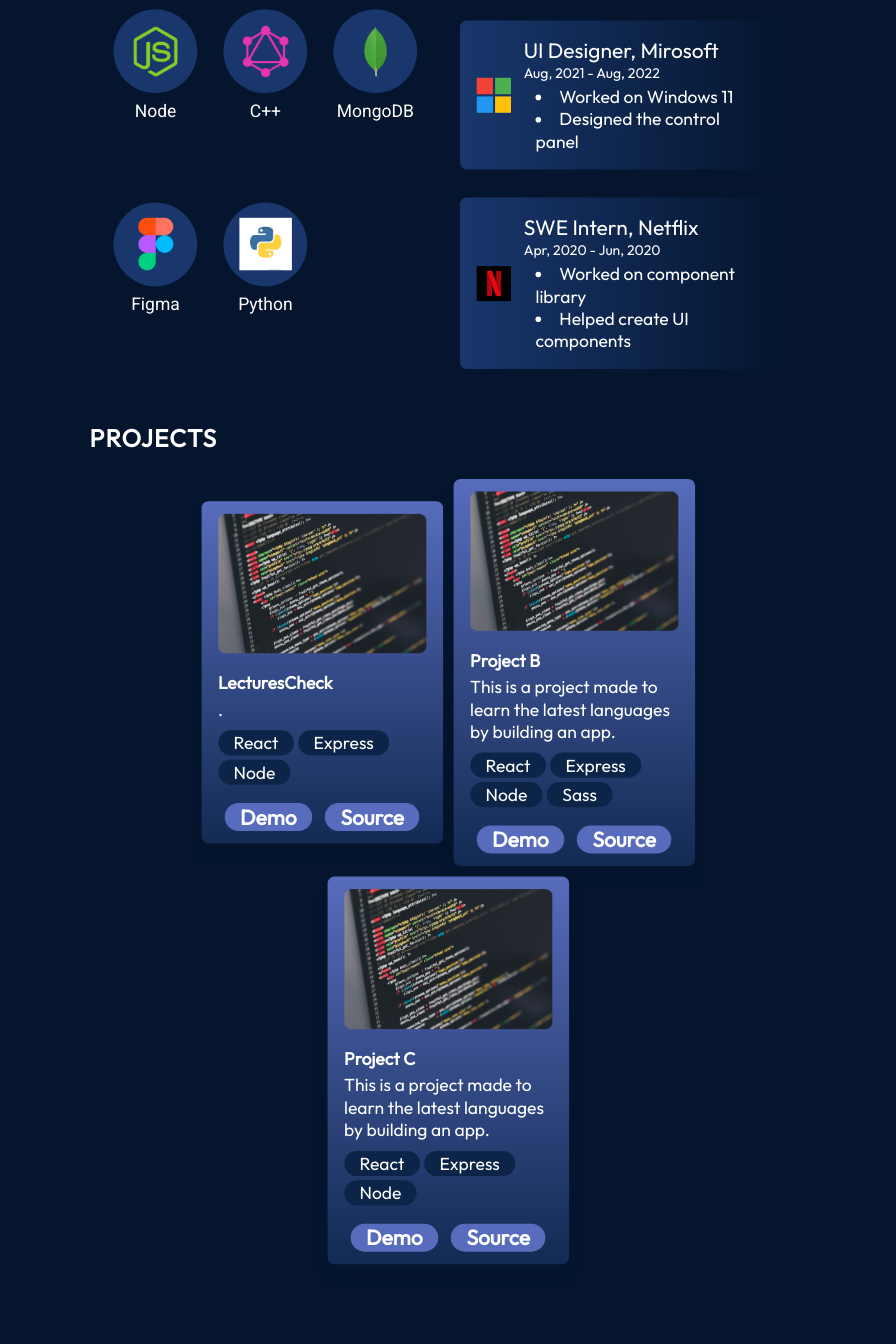
Repository: ARUN-YERRAM/Arun-Yerram-s-Portfolio-Website
Page: /
The author's editor kept a copy of each file at every save. The page is drawn from the files as they stood at one save, then again after the next save.
The browser window is 1280 px wide. The pictures show the part of the page from y = 1993 to 3913 px (the page is 4237 px tall), at 70% of full size.
The project was rebuilt for these pictures with package versions that can differ from the ones it lists, and the page was loaded fresh each time. Also part of the build but not shown: vite.config.js.

Above is the page before, as saved 2024-06-25 15:19:20.

### src/components/About/About.jsx
import React from "react";

import styles from "./About.module.css";
import { getImageUrl } from "../../utils";

export const About = () => {
  return (
    <section className={styles.container} id="about">
      <h2 className={styles.title}>About</h2>
      <div className={styles.content}>
        <img
          src={getImageUrl("about/aboutImage.png")}
          alt="Me sitting with a laptop"
          className={styles.aboutImage}
        />
        <ul className={styles.aboutItems}>
          <li className={styles.aboutItem}>
            <img src={getImageUrl("about/cursorIcon.png")} alt="Cursor icon" />
            <div className={styles.aboutItemText}>
              <h3>Frontend Developer</h3>
              <p>
                I'm a frontend developer with experience in building responsive
                and optimized sites
              </p>
            </div>
          </li>
          <li className={styles.aboutItem}>
            <img src={getImageUrl("about/serverIcon.png")} alt="Server icon" />
            <div className={styles.aboutItemText}>
              <h3>Backend Developer</h3>
              <p>
                I have experience developing fast and optimised back-end systems
                and APIs
              </p>
            </div>
          </li>
          <li className={styles.aboutItem}>
            <img src={getImageUrl("about/cursorIcon.png")} alt="UI icon" />
            <div className={styles.aboutItemText}>
              {/* <h3>UI Designer</h3> */}
              <h3>Proble Solver</h3>
              <p>
                {/* I have designed multiple landing pages and have created design */}
                {/* systems as well */}
                I am a Problem Solver and having a keen interest in Data Structures and Algorithms.
              </p>
            </div>
          </li>
        </ul>
      </div>
    </section>
  );
};

### src/components/Contact/Contact.jsx
import React from "react";

import styles from "./Contact.module.css";
import { getImageUrl } from "../../utils";

export const Contact = () => {
  return (
    <footer id="contact" className={styles.container}>
      <div className={styles.text}>
        <h2>Contact</h2>
        <p>Feel free to reach out!</p>
      </div>
      <ul className={styles.links}>
        <li className={styles.link}>
          <img src={getImageUrl("contact/emailIcon.png")} alt="Email icon" />
          <a href="mailto:myemail@email.com">arunyerram12022005@gmail.com</a>
        </li>
        <li className={styles.link}>
          <img
            src={getImageUrl("contact/linkedinIcon.png")}
            alt="LinkedIn icon"
          />
          <a href="https://www.linkedin.com/in/arun-yerram-906b1524a/">linkedin.com/ArunYerram</a>
        </li>
        <li className={styles.link}>
          <img src={getImageUrl("contact/githubIcon.png")} alt="Github icon" />
          <a href="https://github.com/ARUN-YERRAM">github.com/ArunYerram</a>
        </li>
      </ul>
    </footer>
  );
};

### src/components/Experience/Experience.jsx
import React from "react";

import styles from "./Experience.module.css";
import skills from "../../data/skills.json";
import history from "../../data/history.json";
import { getImageUrl } from "../../utils";

export const Experience = () => {
  return (
    <section className={styles.container} id="experience">
      <h2 className={styles.title}>Skills</h2>
      <div className={styles.content}>
        <div className={styles.skills}>
          {skills.map((skill, id) => {
            return (
              <div key={id} className={styles.skill}>
                <div className={styles.skillImageContainer}>
                  <img src={getImageUrl(skill.imageSrc)} alt={skill.title} />
                </div>
                <p>{skill.title}</p>
              </div>
            );
          })}
        </div>
        <ul className={styles.history}>
          {history.map((historyItem, id) => {
            return (
              <li key={id} className={styles.historyItem}>
                <img
                  src={getImageUrl(historyItem.imageSrc)}
                  alt={`${historyItem.organisation} Logo`}
                />
                <div className={styles.historyItemDetails}>
                  <h3>{`${historyItem.role}, ${historyItem.organisation}`}</h3>
                  <p>{`${historyItem.startDate} - ${historyItem.endDate}`}</p>
                  <ul>
                    {historyItem.experiences.map((experience, id) => {
                      return <li key={id}>{experience}</li>;
                    })}
                  </ul>
                </div>
              </li>
            );
          })}
        </ul>
      </div>
    </section>
  );
};

### src/components/Hero/Hero.jsx
import React from "react";

import styles from "./Hero.module.css";
import { getImageUrl } from "../../utils";

export const Hero = () => {
  return (
    <section className={styles.container}>
      <div className={styles.content}>
        <h1 className={styles.title}>Hi, I'm Arun Yerram</h1>
        <p className={styles.description}>
          {/* I'm a full-stack developer with 5 years of experience using React and */}
          {/* NodeJS. Reach out if you'd like to learn more! */}
          I am Pursing my Bachelor's 2nd year and having keen interest in Problem Solving ,Web Development, and Data Science.

        </p>
        <a href="mailto:arunyerram12022005@email.com" className={styles.contactBtn}>
          Contact Me
        </a>
      </div>
      <img
        src={getImageUrl("hero/heroImage.png")}
        alt="Hero image of me"
        className={styles.heroImg}
      />
      <div className={styles.topBlur} />
      <div className={styles.bottomBlur} />
    </section>
  );
};

### src/components/Navbar/Navbar.jsx
import React, { useState } from "react";

import styles from "./Navbar.module.css";
import { getImageUrl } from "../../utils";

export const Navbar = () => {
  const [menuOpen, setMenuOpen] = useState(false);

  return (
    <nav className={styles.navbar}>
      <a className={styles.title} href="/">
        Portfolio
      </a>
      <div className={styles.menu}>
        <img
          className={styles.menuBtn}
          src={
            menuOpen
              ? getImageUrl("nav/closeIcon.png")
              : getImageUrl("nav/menuIcon.png")
          }
          alt="menu-button"
          onClick={() => setMenuOpen(!menuOpen)}
        />
        <ul
          className={`${styles.menuItems} ${menuOpen && styles.menuOpen}`}
          onClick={() => setMenuOpen(false)}
        >
          <li>
            <a href="#about">About</a>
          </li>
          <li>
            <a href="#experience">Experience</a>
          </li>
          <li>
            <a href="#projects">Projects</a>
          </li>
          <li>
            <a href="#about">Contact</a>
          </li>
        </ul>
      </div>
    </nav>
  );
};

### src/components/About/About.module.css
@import "../../vars.css";

.container {
  position: relative;
  background-color: rgba(12, 12, 12, 0.6);
  border-radius: 15px;
  padding: 73px;
  margin-top: 129px;
  z-index: 1;
  margin-left: 10%;
  margin-right: 10%;
}

.title {
  color: var(--color-text);
  font-size: 35px;
  font-weight: 700;
  letter-spacing: 1.75px;
  text-transform: uppercase;
}

.content {
  display: flex;
  flex-direction: row;
  align-items: center;
}

.aboutImage {
  width: 35%;
}

.aboutItems {
  color: var(--color-text);
  display: flex;
  flex-direction: column;
  gap: 50px;
}

.aboutItem {
  display: flex;
  flex-direction: row;
  align-items: center;
  border-radius: 20px;
  list-style: none;
  padding: 25px;
  background-image: linear-gradient(
    90deg,
    rgba(165, 215, 232, 0.42) 0%,
    rgba(255, 255, 255, 0) 100%
  );
  background-size: 0 100%;
  background-repeat: no-repeat;
  transition: 0.4s;
}

.aboutItem:hover {
  background-size: 100% 100%;
}

.aboutItem h3 {
  font-size: 25px;
  font-weight: 600;
}

.aboutItem p {
  font-size: 25px;
}

@media screen and (max-width: 830px) {
  .container {
    background-color: transparent;
    padding-left: 0;
    padding-right: 0;
  }

  .content {
    flex-direction: column;
  }

  .aboutImage {
    display: none;
  }

  .aboutItems {
    margin-top: 29px;
  }

  .aboutItem {
    padding-left: 0;
    padding-right: 0;
  }
}

### src/components/Contact/Contact.module.css
@import "../../vars.css";

.container {
  color: var(--color-text);
  margin-top: 120px;
  background-color: var(--color-secondary);
  display: flex;
  flex-direction: row;
  justify-content: space-evenly;
  width: 100vw;
  padding: 58px 10%;
  gap: 10px;
}

.text h2 {
  font-size: 80px;
  font-weight: 700;
  letter-spacing: 4px;
}

.text p {
  font-size: 40px;
  font-weight: 400;
  letter-spacing: 2px;
}

.links {
  display: flex;
  flex-direction: column;
  align-items: flex-start;
  list-style: none;
  gap: 26px;
}

.link {
  display: flex;
  align-items: center;
  gap: 25px;
}

.link a {
  color: var(--color-text);
  text-decoration: none;
  font-size: 30px;
  font-weight: 400;
  letter-spacing: 1.5px;
}

@media screen and (max-width: 830px) {
  .container {
    flex-direction: column;
    gap: 23px;
  }

  .text {
    display: flex;
    flex-direction: column;
    align-items: center;
  }

  .links {
    align-items: center;
  }
}

### src/components/Experience/Experience.module.css
@import "../../vars.css";

.container {
  color: var(--color-text);
  margin-top: 79px;
  margin-left: 10%;
  margin-right: 10%;
}

.title {
  color: var(--color-text);
  font-size: 35px;
  font-weight: 700;
  letter-spacing: 1.75px;
  text-transform: uppercase;
}

.content {
  display: flex;
  flex-direction: row;
  justify-content: space-evenly;
  margin-top: 14px;
}

.skills {
  width: 45%;
  display: flex;
  flex-wrap: wrap;
  gap: 37px;
}

.skill {
  display: flex;
  flex-direction: column;
  align-items: center;
  gap: 11px;
}

.skillImageContainer {
  background-color: var(--color-secondary);
  border-radius: 100%;
  display: flex;
  align-items: center;
  justify-content: center;
  width: 120px;
  height: 120px;
}

.skillImageContainer img {
  width: 75px;
}

.skill p {
  font-size: 25px;
  font-family: var(--font-roboto);
  font-weight: 500;
}

.history {
  width: 45%;
  display: flex;
  flex-direction: column;
  gap: 40px;
}

.historyItem {
  display: flex;
  flex-direction: row;
  align-items: center;
  gap: 17px;
  background: #19376d;
  background: linear-gradient(90deg, #19376d 0%, rgba(25, 55, 109, 0) 100%);
  border-radius: 10px;
  padding: 24px;
}

.historyItem img {
  width: 50px;
}

.historyItemDetails {
  font-family: var(--font-roboto);
}

.historyItemDetails h3 {
  font-size: 30px;
  font-weight: 500;
}

.historyItemDetails p {
  font-size: 20px;
  font-weight: 300;
}

.historyItemDetails ul {
  margin-top: 6px;
  list-style-position: inside;
  font-size: 25px;
  list-style-type: disc;
  margin-left: 17px;
}

@media screen and (max-width: 830px) {
  .content {
    flex-direction: column;
    align-items: center;
    gap: 34px;
  }

  .skills {
    width: 100%;
    flex-direction: row;
    justify-content: center;
  }

  .history {
    width: 100%;
    gap: 9px;
  }
}

### src/data/skills.json
[
  {
    "title": "HTML",
    "imageSrc": "skills/html.png"
  },
  {
    "title": "CSS",
    "imageSrc": "skills/css.png"
  },
  {
    "title": "React",
    "imageSrc": "skills/react.png"
  },
  {
    "title": "Node",
    "imageSrc": "skills/node.png"
  },
  {
    "title": "C++",
    "imageSrc": "skills/graphql.png"
  },
  {
    "title": "MongoDB",
    "imageSrc": "skills/mongodb.png"
  },
  {
    "title": "Figma",
    "imageSrc": "skills/figma.png"
  },
  {
    "title": "Python",
    "imageSrc": "skills/python.png"
  }
]

### src/components/Hero/Hero.module.css
@import "../../vars.css";

.container {
  position: relative;
  display: flex;
  align-items: center;
  justify-content: space-between;
  margin-top: 49px;
  z-index: 1;
  margin-left: 10%;
  margin-right: 10%;
}

.content {
  display: flex;
  flex-direction: column;
  align-items: flex-start;
  color: var(--color-text);
  z-index: 1;
}

.title {
  font-size: 72px;
  font-weight: 900;
  margin-bottom: 33px;
  font-family: var(--font-roboto);
  background: linear-gradient(
    90deg,
    rgba(255, 255, 255, 1) 70%,
    rgba(255, 255, 255, 0) 120%
  );
  -webkit-text-fill-color: transparent;
  -webkit-background-clip: text;
}

.description {
  font-size: 30px;
  font-family: var(--font-roboto);
  margin-bottom: 52px;
}

.contactBtn {
  text-decoration: none;
  background-color: var(--color-primary);
  color: var(--color-text);
  border-radius: 100px;
  font-size: 30px;
  font-weight: 600;
  padding: 17px 26px;
  box-shadow: 0 0 4px 0 rgba(0, 0, 0, 0.25);
}

.heroImg {
  width: 50%;
  z-index: 1;

  animation-name: floating;
  animation-duration: 3s;
  animation-iteration-count: infinite;
  animation-timing-function: ease-in-out;
}

@keyframes floating {
  0% {
    transform: translate(0, 0px);
  }
  50% {
    transform: translate(0, 10px);
  }
  100% {
    transform: translate(0, -0px);
  }
}

.topBlur {
  position: absolute;
  width: 50vw;
  height: 50vw;
  min-width: 350px;
  min-width: 350px;
  top: -128px;
  left: -10vw;
  border-radius: 764px;
  background: rgba(25, 55, 109, 0.7);
  filter: blur(100px);
  z-index: 0;
}

.bottomBlur {
  position: absolute;
  width: 70vw;
  height: 50vw;
  min-width: 350px;
  min-width: 250px;
  top: 246px;
  right: -25vw;
  border-radius: 764px;
  background: rgba(25, 55, 109, 0.7);
  filter: blur(100px);
  z-index: 0;
}

@media screen and (max-width: 830px) {
  .container {
    flex-direction: column-reverse;
  }

  .content {
    align-items: center;
  }
}

### src/components/Navbar/Navbar.module.css
@import "../../vars.css";

.navbar {
  position: relative;
  display: flex;
  align-items: center;
  justify-content: space-between;
  padding-top: 61px;
  z-index: 2;
  margin: 0 10%;
}

.title {
  font-size: 30px;
  font-weight: 600;
  text-decoration: none;
  color: var(--color-text);
}


.menuBtn {
  display: none;
}

.menu {
  display: flex;
}

.menuItems {
  display: flex;
  gap: 47px;
  list-style: none;
}

.menuItems a {
  font-size: 25px;
  color: var(--color-text);
  text-decoration: none;
}

@media screen and (max-width: 830px) {
  .navbar {
    flex-direction: column;
    align-items: flex-start;
  }

  .menu {
    position: absolute;
    right: 0;
    margin-right: 10%;
    flex-direction: column;
    align-items: flex-end;
    gap: 11px;
    z-index: 3;
  }

  .menuBtn {
    display: block;
    cursor: pointer;
  }

  .menuItems {
    display: none;
    flex-direction: column;
    align-items: center;
    gap: 13px;
    border-radius: 10px;
    background: rgb(25, 55, 109);
    background: linear-gradient(
      0deg,
      rgba(25, 55, 109, 0.2) 0%,
      rgba(25, 55, 109, 1) 100%
    );
    padding: 24px 33px;
    box-shadow: 0 0 4px 0 rgba(0, 0, 0, 0.25);
  }

  .menuOpen {
    display: flex;
    z-index: 1;
  }
}

### src/data/projects.json
[
  {
    "title": "LecturesCheck",
    "imageSrc": "projects/project.png",
    "description": ".",
    "skills": ["React", "Express", "Node"],
    "demo": "https://www.example.com",
    "source": "https://www.github.com"
  },
  {
    "title": "Project B",
    "imageSrc": "projects/project.png",
    "description": "This is a project made to learn the latest languages by building an app.",
    "skills": ["React", "Express", "Node", "Sass"],
    "demo": "https://www.example.com",
    "source": "https://www.github.com"
  },
  {
    "title": "Project C",
    "imageSrc": "projects/project.png",
    "description": "This is a project made to learn the latest languages by building an app.",
    "skills": ["React", "Express", "Node"],
    "demo": "https://www.example.com",
    "source": "https://www.github.com"
  }
]

### src/components/Projects/ProjectCard.jsx
import React from "react";

import styles from "./ProjectCard.module.css";
import { getImageUrl } from "../../utils";

export const ProjectCard = ({
  project: { title, imageSrc, description, skills, demo, source },
}) => {
  return (
    <div className={styles.container}>
      <img
        src={getImageUrl(imageSrc)}
        alt={`Image of ${title}`}
        className={styles.image}
      />
      <h3 className={styles.title}>{title}</h3>
      <p className={styles.description}>{description}</p>
      <ul className={styles.skills}>
        {skills.map((skill, id) => {
          return (
            <li key={id} className={styles.skill}>
              {skill}
            </li>
          );
        })}
      </ul>
      <div className={styles.links}>
        <a href={demo} className={styles.link}>
          Demo
        </a>
        <a href={source} className={styles.link}>
          Source
        </a>
      </div>
    </div>
  );
};

### src/components/Projects/ProjectCard.module.css
@import "../../vars.css";

.container {
  display: flex;
  flex-direction: column;
  border-radius: 10px;
  background: linear-gradient(180deg, #576cbc 0%, #132a53 100%);
  box-shadow: 0 16px 14px 0 #04152d;
  padding: 18px 24px;
  max-width: 345px;
}

.image {
  margin-bottom: 26px;
}

.title {
  font-size: 25px;
  font-weight: 700;
}

.description {
  margin-top: 6px;
  font-size: 25px;
  font-weight: 400;
}

.skills {
  width: 100%;
  margin-top: 14px;
  display: flex;
  flex-direction: row;
  flex-wrap: wrap;
  gap: 6px;
  list-style: none;
}

.skill {
  font-size: 25px;
  font-weight: 400;
  border-radius: 100px;
  background: var(--color-dark);
  padding: 2px 22px;
}

.links {
  width: 100%;
  margin-top: 26px;
  display: flex;
  justify-content: space-around;
}

.link {
  text-decoration: none;
  color: var(--color-text);
  font-size: 30px;
  font-weight: 600;
  border-radius: 100px;
  background: var(--color-primary);
  padding: 1px 22px;
}

Loaded but not shown: index.html (common file); src/main.jsx (common file); src/App.jsx (common file); src/index.css (common file); src/App.module.css (common file); src/components/Projects/Projects.jsx (common file); src/vars.css (common file); src/utils.js (common file); src/data/history.json (common file); src/components/Projects/Projects.module.css (common file)

After the next save:
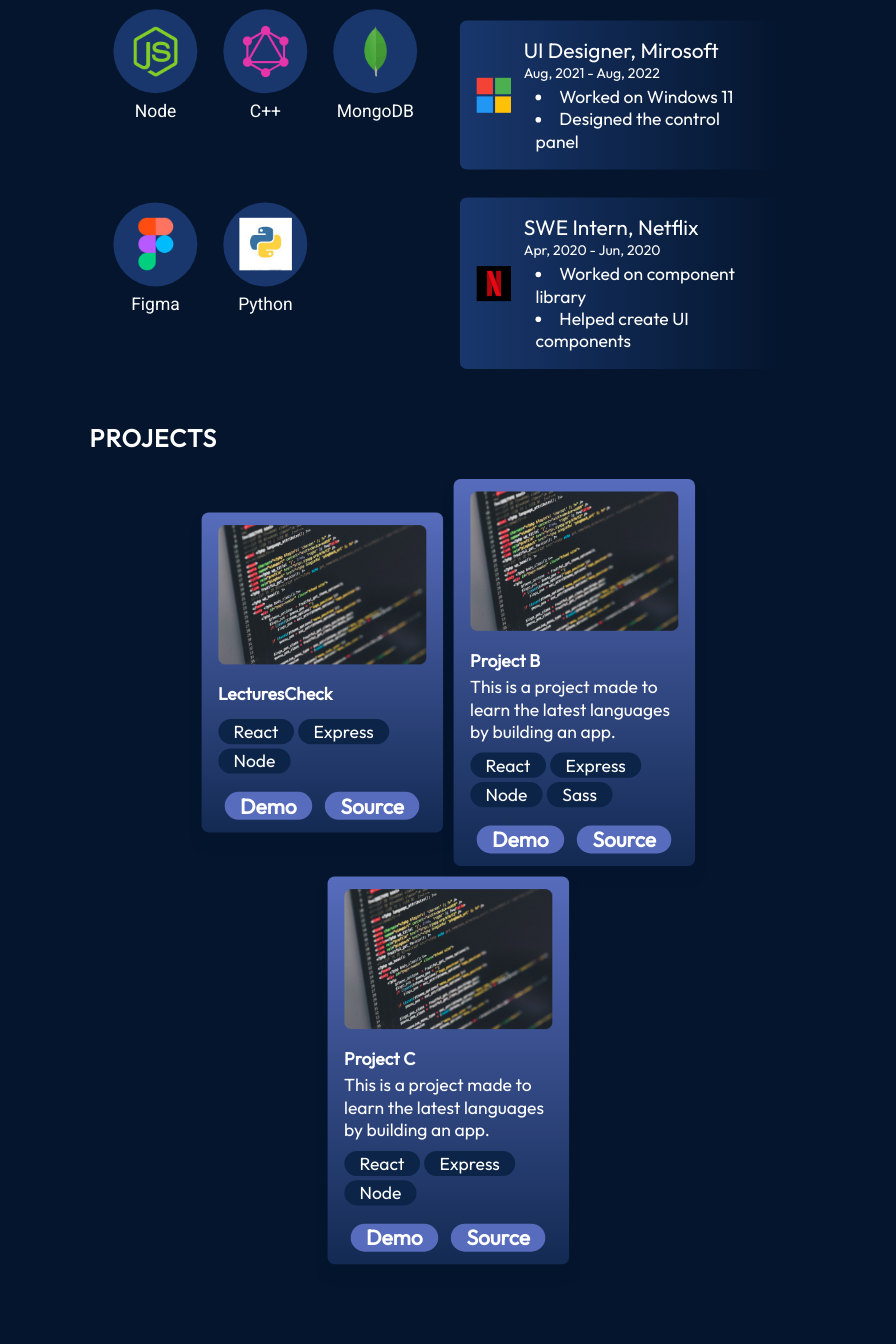
Saved 4 s later.
--- a/src/data/projects.json
+++ b/src/data/projects.json
@@ -2,7 +2,7 @@
   {
     "title": "LecturesCheck",
     "imageSrc": "projects/project.png",
-    "description": ".",
+    "description": "",
     "skills": ["React", "Express", "Node"],
     "demo": "https://www.example.com",
     "source": "https://www.github.com"
